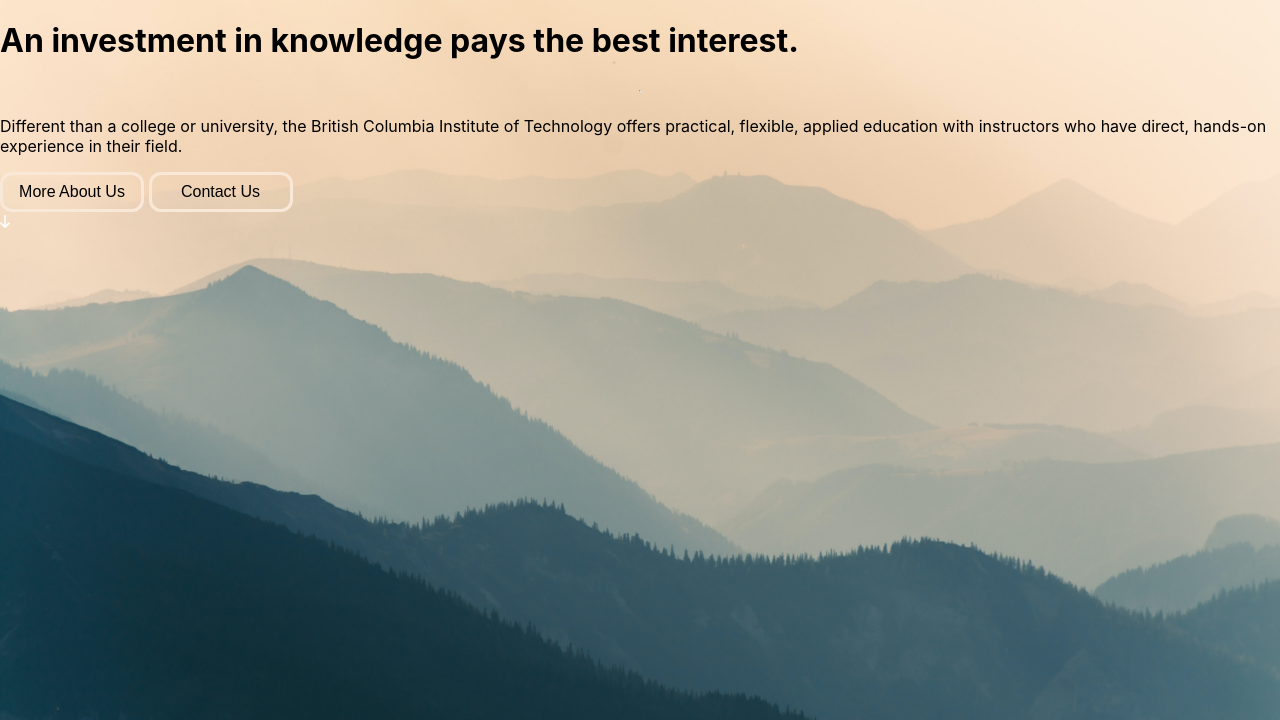
Repository: SaraShio/A01314209_Sara_Shiojima
Page: /
An editor plug-in stored every save of this project. The page is shown before and after a run of saves, followed by the edit.
The browser window is 1280 px wide. The pictures show the whole page.
The project was rebuilt for these pictures with package versions that can differ from the ones it lists, and the page was loaded fresh each time. The framework's server and built-in components were replaced by stand-ins that run in the browser. Also part of the build but not shown: next.config.js.

Above is the page before, as saved 2023-02-07 22:25:53.

After the next 3 saves:
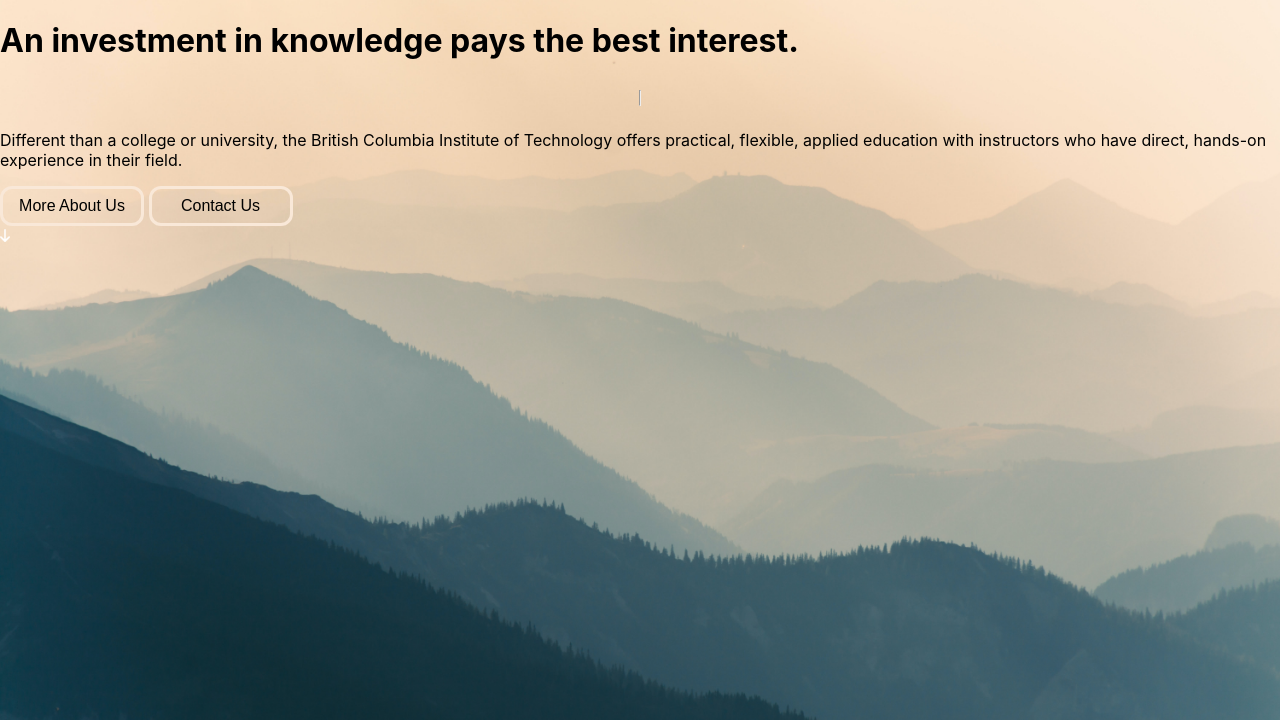
The 3 saves are shown as one change because they came seconds apart.
The last was saved 15 s later.
--- a/styles/Home.module.css
+++ b/styles/Home.module.css
@@ -28,5 +28,5 @@ border-radius: 0.75rem;
 
 .line{
     color: var(--beige);
-
+    height: 1rem;
 }
